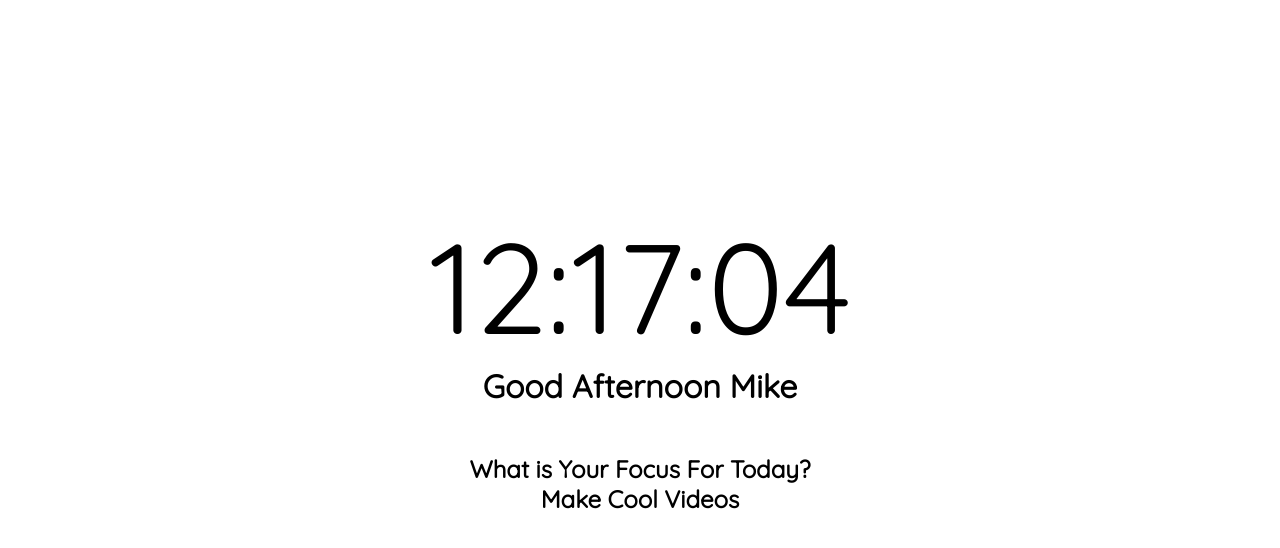
Repository: shadowmare358/focusApp
Page: index.html
An editor plug-in stored every save of this project. The page is shown before and after the next save, followed by the edit.
The browser window is 1280 px wide. The pictures show the whole page.

Above is the page before, as saved 2019-08-13 14:39:54.
Not found: js/main.js

### index.html
<!DOCTYPE html>
<html lang="en">
<head>
    <meta charset="UTF-8">
    <meta name="viewport" content="width=device-width, initial-scale=1.0">
    <meta http-equiv="X-UA-Compatible" content="ie=edge">
    <link href="https://fonts.googleapis.com/css?family=Quicksand&display=swap" rel="stylesheet">
    <link rel="stylesheet" href="css/style.css">
    <title>Welcome</title>
</head>
<body>
    <time id="time">12:17:04</time>
    <h1>
        <span id="greeting">Good Afternoon</span>
        <span id="name" contenteditable="true">Mike</span>
    </h1>

    <h2>What is Your Focus For Today?</h2>
    <h2 id="focus" contenteditable="true">Make Cool Videos</h2>

    <script src="js/main.js"></script>
</body>
</html>

### css/style.css
*{
    box-sizing: border-box;
    margin: 0;
    padding: 0;

}

body{
    font-family: 'Quicksand', sans-serif;
    display: flex;
    flex-direction: column;
    align-items: center;
    justify-content: center;
    text-align: center;
    height: 100vh;
    color: black;
}

#time {
    font-size: 8rem;
}
h1{
    margin-bottom: 3rem;
}
h2{
    margin-bottom:
}

After the next save:
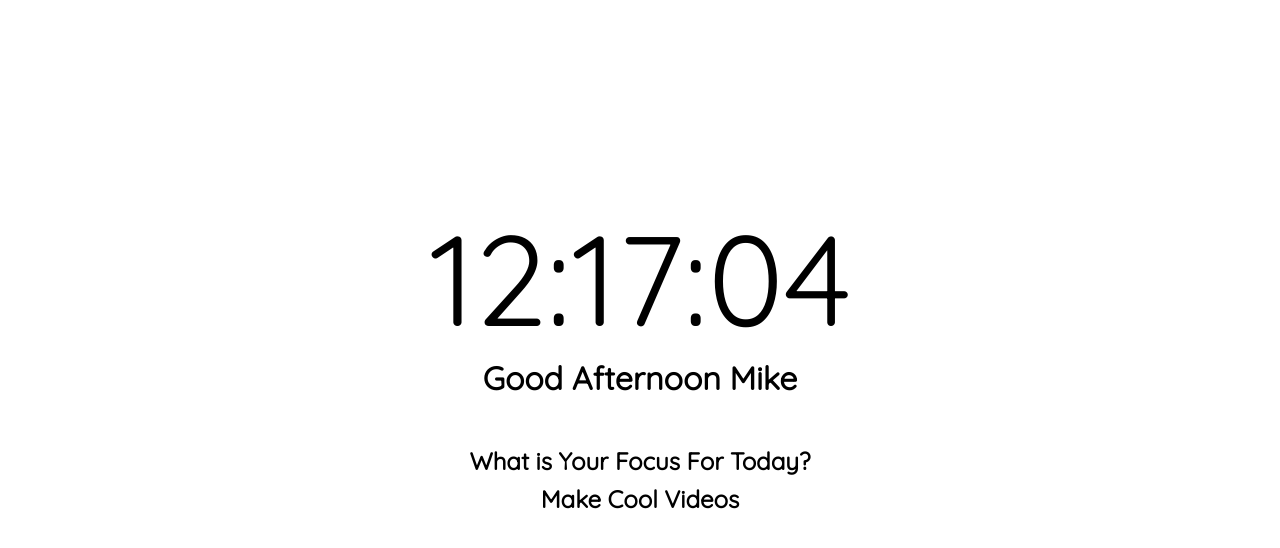
Saved 4 s later.
--- a/css/style.css
+++ b/css/style.css
@@ -23,5 +23,5 @@
     margin-bottom: 3rem;
 }
 h2{
-    margin-bottom:
+    margin-bottom: 0.5rem;
 }
